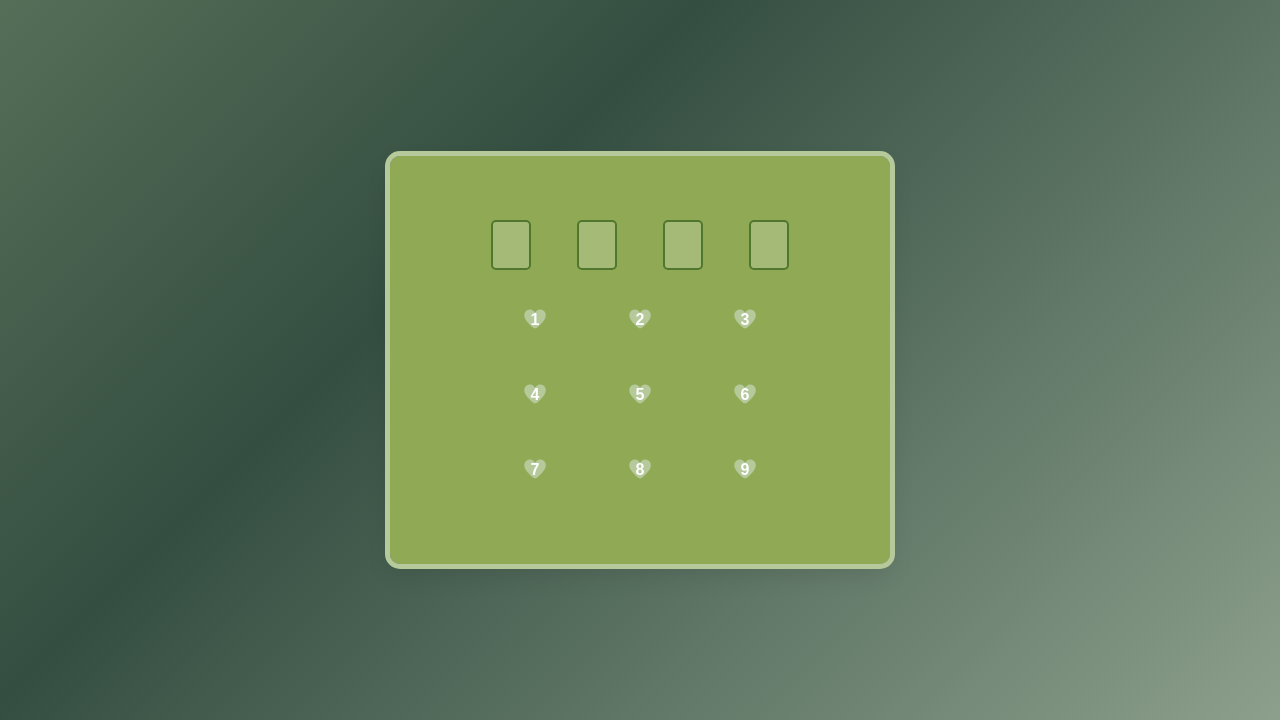
Repository: jahatesu/project-cutie
Page: index.html
The author's editor kept a copy of each file at every save. The page is drawn from the files as they stood at one save, then again after the next save.
The browser window is 1280 px wide. The pictures show the whole page.
Some web libraries are served in a nearby version.

Above is the page before, as saved 2025-08-14 23:17:11.
Console error: TypeError: Cannot read properties of null (reading 'getBoundingClientRect')

### index.html
<!DOCTYPE html>
<html lang="en">
<head>
    <meta charset="UTF-8"
    meta http-equiv="X-UA-Compatible" content="IE=edge">
    <meta name="viewport" content="width=device-width, initial-scale=1.0">
    <title>idk yet</title>
    <link rel="stylesheet" href="https://cdnjs.cloudflare.com/ajax/libs/font-awesome/7.0.0/css/all.min.css">
    <link rel="stylesheet" href="style.css">
</head>

<body>
    <div class="wrapper">
        <!-- <i class="fa-solid fa-heart"></i>
        <h2 class="question">Do you wanna see why I think you’re the cutest?</h2>
        <div class="btn-group">
            <button class="btn-yes">Yes</button>
            <button class="btn-no">No</button>
        </div> -->

        <!-- PIN DISPLAY -->
         <div class="pin-display">
            <div class="pin-box"></div>
            <div class="pin-box"></div>
            <div class="pin-box"></div>
            <div class="pin-box"></div>
         </div>

         <!-- HEART BUTTONS -->
         <div class="heart-pad">
            <button data-num="1"><i class="fa-solid fa-heart"></i><span>1</span></button>
            <button data-num="2"><i class="fa-solid fa-heart"></i><span>2</span></button>
            <button data-num="3"><i class="fa-solid fa-heart"></i><span>3</span></button>
            <button data-num="4"><i class="fa-solid fa-heart"></i><span>4</span></button>
            <button data-num="5"><i class="fa-solid fa-heart"></i><span>5</span></button>
            <button data-num="6"><i class="fa-solid fa-heart"></i><span>6</span></button>
            <button data-num="7"><i class="fa-solid fa-heart"></i><span>7</span></button>
            <button data-num="8"><i class="fa-solid fa-heart"></i><span>8</span></button>
            <button data-num="9"><i class="fa-solid fa-heart"></i><span>9</span></button>

        </div>
    </div>

    <script src="script.js"></script>


</body>
</html>

### style.css
:root{
    --bg1:#e9f5db;
    --bg2:#90a955;
    --accent:#b5c99a;
    --ink:#232323;
    --splash-duration: 2600ms;
  }

*{
    margin: 0;
    padding: 0;
    box-sizing: border-box;
}

html, body {
    display: flex;
    justify-content: center;
    align-items: center;
    min-height: 100vh;
  width: 100%;
  height:100%;
}

body {
    background: linear-gradient(-45deg, #e9f5db, #344e41, #b5c99a, #23d5ab);
    background-size: 400% 400%;
    animation: gradient 15s ease infinite;
}

@keyframes gradient {
    0% {
        background-position: 0% 50%;
    }
    50% {
        background-position: 100% 50%;
    }
    100% {
        background-position: 0% 50%;
    }
}
.wrapper{
    position: relative;
    width: 90%;
    padding: 5%;
    max-width: 500px;
    margin: 50px 50px;
    height: fit-content;
    /* max-height: 50%; */
    background: #90a955;
    border-radius: 10px;
    display: flex;
    justify-content: center;
    align-items: center;
    box-shadow: 0 10px 25px rgba(0,0,0,0.1);
    flex-direction: column;
    text-align: center;
    outline: 5px solid #b5c99a;
}

.pin-display{
  display: flex;
  justify-content: space-between;
  margin-bottom: 20px;
  width: 80%;
}

.pin-box{
  width: clamp(30px, 9vw, 40px);
  height: clamp(30px, 9vw, 50px);
  border: 2px solid #4f772d;
  border-radius: 5px;
  background: rgba(255,255,255,0.2);
}

.heart-pad {
  display: grid;
  grid-template-columns: repeat(3, 1fr);
  gap: 15px;
  width: 100%;
  max-width: 300px;
  justify-items: center;
  margin: 0 auto;
}

.heart-pad button {
  position: relative;
  width: 60px;
  height: 60px;
  background: none;        /* remove default button background */
  border: none;
  cursor: pointer;
  font-size: 1rem;
  color: white;
  display: flex;
  justify-content: center;
  align-items: center;
  outline: 4px solid transparent; /* outline for focus state */
  transition: outline-color 0.3s ease;
}


.heart-pad i {
  position: absolute;      /* behind the number */
  font-size: 3vh;         /* heart size */
  color: #b5c99a;          /* heart color */
  z-index: 0;
}

.heart-pad button span {
  position: relative;
  z-index: 1;              /* number above the heart */
  font-weight: bold;
}


/* .wrapper i {
  font-size: 50px;
  margin-bottom: 10px;
  color: #e9f5db;
}

i{
    font-size:7.5em;
    color: #e9f5db;
    border: 5px solid transparent;
}

h2{
    font-size: 2em;
    color: #e9f5db;
    margin: 15px 0;
}
@media (max-width: 600px) {
  .h2 {
    font-size: 1.2rem;
  }
}

.btn-group{
    width: 100%;
    height: 40px;
    display: flex;
    justify-content: center;
    margin-top: 15px;
}

button {
    position: absolute;
    width: 150px;
    height: inherit;
    font-size: 1.2em;
    color: #e9f5db;
    font-weight: 600;
    border-radius: 30px;
    border: 2px solid #4f772d;
    cursor: pointer;
    box-shadow: 0 5px 15px rgba(0,0,0,0.3);
}

button:nth-child(1){
    margin-left: -200px;
    background: #4f772d;
    color: #b5c99a;
}

button:nth-child(2){
    margin-right: -200px;
    color: #b5c99a;
}

@media (max-width: 400px) {
  .question {
    font-size: 5vw;
  }
  button {
    font-size: 4vw;
  }
} */

### script.js
const wrapper = document.querySelector(".wrapper");
const question = document.querySelector(".question");
const yesBtn = document.querySelector(".btn-yes");
const noBtn = document.querySelector(".btn-no");

const wrapperRect = wrapper.getBoundingClientRect();
const noBtnRect = noBtn.getBoundingClientRect();


yesBtn.addEventListener('click', () => {
    question.innerHTML = 'I knew it! Love you too <3 ';
})

noBtn.addEventListener('mouseover', () => {
    const i = Math.floor(Math.random() * (wrapperRect.width - noBtnRect.width));
    const j = Math.floor(Math.random() * (wrapperRect.height - noBtnRect.height));
    noBtn.style.left = i + "px";
    noBtn.style.top = j + "px";
})

After the next save:
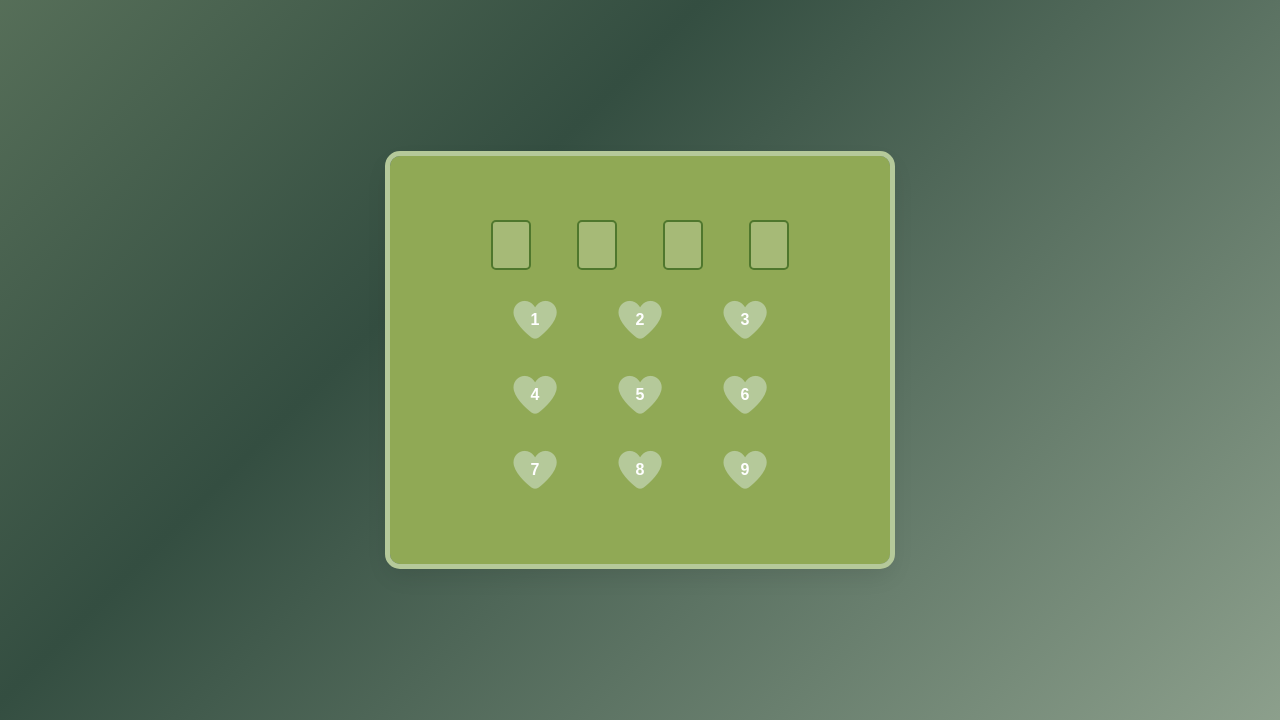
Saved 10 s later.
--- a/style.css
+++ b/style.css
@@ -101,7 +101,7 @@ body {
 
 .heart-pad i {
   position: absolute;      /* behind the number */
-  font-size: 3vh;         /* heart size */
+  font-size: 6vh;         /* heart size */
   color: #b5c99a;          /* heart color */
   z-index: 0;
 }
